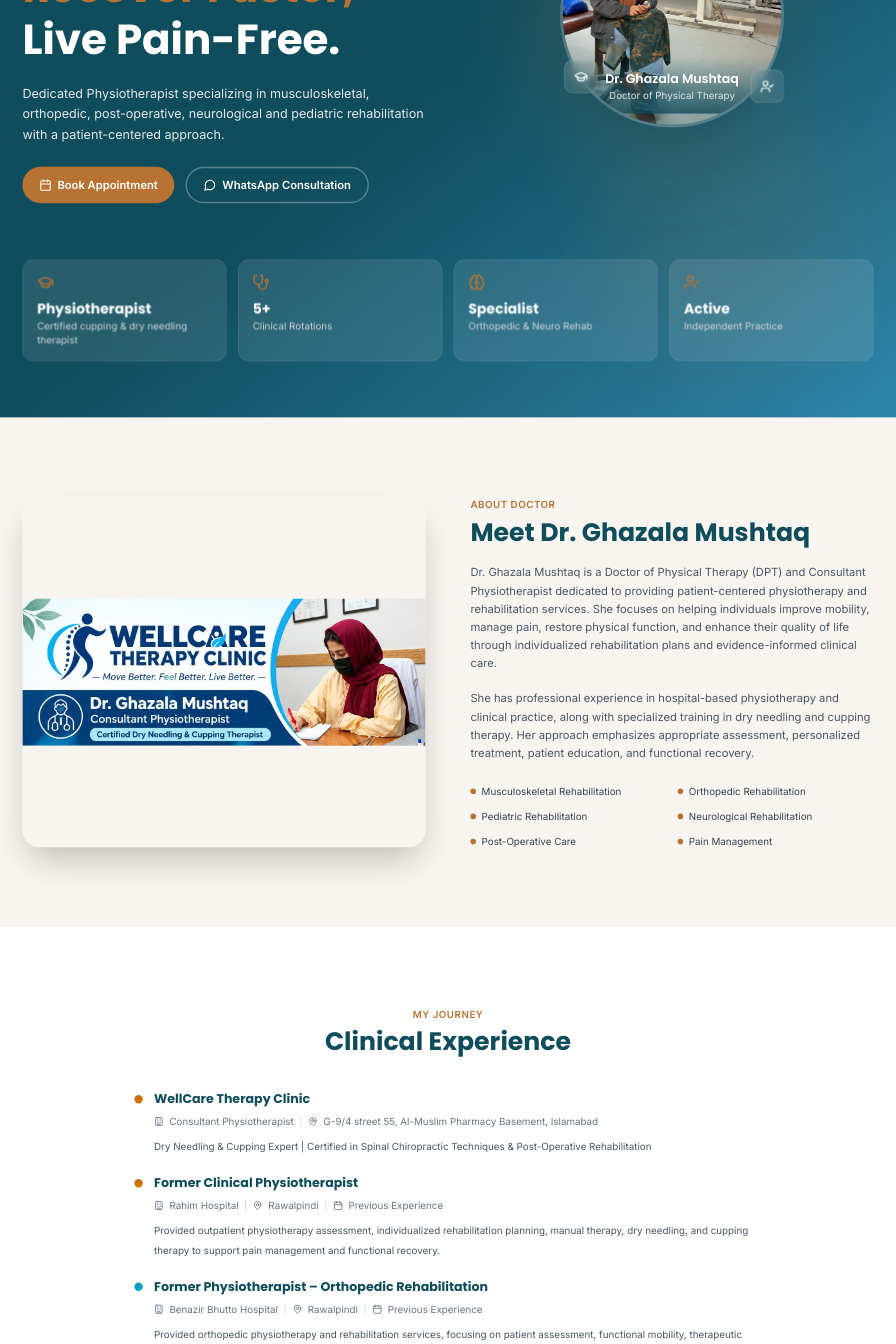
Repository: DaniGull01/dr_ghazala_mushtaq
Page: /
An editor plug-in stored every save of this project. The page is shown before and after the next save, followed by the edit.
The browser window is 1280 px wide. The pictures show the part of the page from y = 405 to 2325 px (the page is 12307 px tall), at 70% of full size.
The project was rebuilt for these pictures with package versions that can differ from the ones it lists, and the page was loaded fresh each time. Also part of the build but not shown: vite.config.js.

Above is the page before, as saved 2026-10-21 19:55:20.

After the next save:
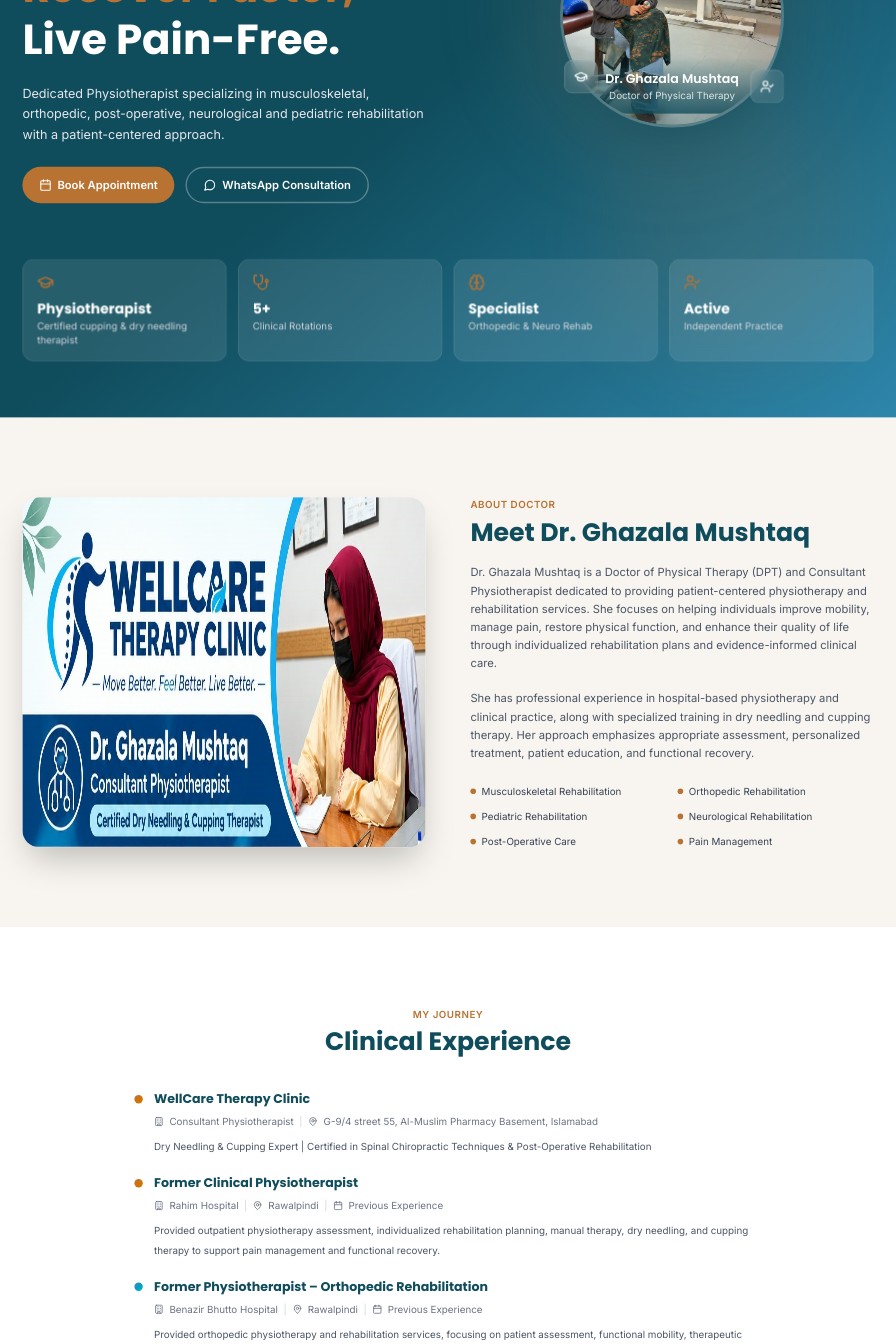
Saved 61 s later.
--- a/src/components/About.jsx
+++ b/src/components/About.jsx
@@ -25,7 +25,7 @@ export default function About() {
                 <img
                   src="./About-pic.jpeg"
                   alt="Dr. Ghazala Mushtaq"
-                  className="w-full h-full object-contain"
+                  className="w-full h-full object-fit"
                 />
                 {/* Gradient overlay */}
 
